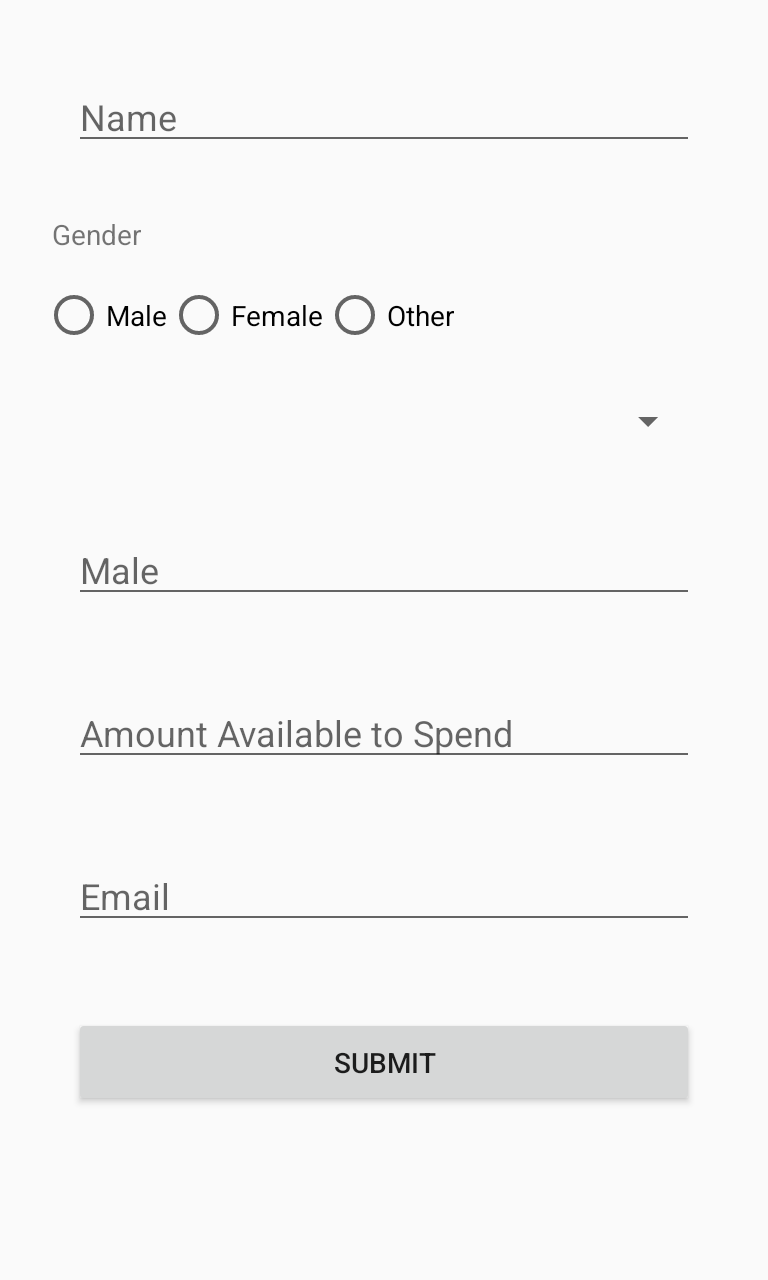
Repository: ThatCrazyIrishGuy/guiAndroidAssignment
Layout: ShoppingList/res/layout/activity_user_detail_form.xml
These files come from the project's save history. The layout is drawn as it stood at one moment and after the next save; the edit follows.
It is drawn on a 768 x 1280 px phone screen (xhdpi) without system bars, with theme AppTheme; the app's code is not run.

Above is the layout before, as saved 2014-11-08 19:16:46.

### ShoppingList/res/layout/activity_user_detail_form.xml
<RelativeLayout xmlns:android="http://schemas.android.com/apk/res/android"
    xmlns:tools="http://schemas.android.com/tools"
    android:layout_width="match_parent"
    android:layout_height="match_parent"
    android:paddingBottom="@dimen/activity_vertical_margin"
    android:paddingLeft="@dimen/activity_horizontal_margin"
    android:paddingRight="@dimen/activity_horizontal_margin"
    android:paddingTop="@dimen/activity_vertical_margin"
    tools:context="ie.dit.britton.darren.shoppinglist.UserDetailForm" >

    <EditText
        android:id="@+id/name"
        android:hint="@string/name"
        android:layout_width="fill_parent"
        android:layout_height="wrap_content"
 		android:layout_margin="20dp"
     />

     <TextView
        android:id="@+id/genderLabel"
        android:layout_below="@+id/name"
        android:layout_width="wrap_content"
        android:layout_height="wrap_content"
        android:text="@string/gender"
 		android:layout_margin="10dp"
     />

   	<RadioGroup
   	    android:id="@+id/gender"
  	    android:layout_below="@+id/genderLabel"
		android:orientation="horizontal"
		android:layout_width="fill_parent"
		android:layout_height="wrap_content"
 		android:layout_margin="5dp" >
		<RadioButton
			android:id="@+id/male"
			android:text="@string/male"
		/>
		<RadioButton
			android:id="@+id/female"
			android:text="@string/female"
		/>
		<RadioButton
			android:id="@+id/other"
			android:text="@string/other"
		/>
	</RadioGroup>

	<Spinner
    	android:id="@+id/job"
    	android:layout_below="@+id/gender"
    	android:layout_width="fill_parent"
    	android:layout_height="wrap_content"
 		android:layout_margin="20dp"
    />

    <EditText
        android:id="@+id/age"
        android:hint="@string/age"
        android:layout_below="@+id/job"
        android:layout_width="fill_parent"
        android:layout_height="wrap_content"
        android:inputType="number"
 		android:layout_margin="20dp"
    />

   <EditText
        android:id="@+id/money"
        android:hint="@string/amountAvailableToSpend"
        android:layout_below="@+id/age"
        android:layout_width="fill_parent"
        android:layout_height="wrap_content"
        android:inputType="numberDecimal"
 		android:layout_margin="20dp"
    />

    <EditText
        android:id="@+id/email"
        android:hint="@string/email"
        android:layout_below="@+id/money"
        android:layout_width="fill_parent"
        android:layout_height="wrap_content"
        android:inputType="textEmailAddress"
 		android:layout_margin="20dp"
     />

     <Button
        android:layout_below="@+id/email"
        android:id="@+id/submit"
        android:layout_width="fill_parent"
        android:layout_height="wrap_content"
        android:text ="@string/submitButtonText"
 		android:layout_margin="20dp"
     />

</RelativeLayout>

### ShoppingList/res/values/strings.xml
<?xml version="1.0" encoding="utf-8"?>
<resources>

    <string name="app_name">ShoppingList</string>
    <string name="action_settings">Settings</string>
    <string name="name">Name</string>
    <string name="gender">Gender</string>
    <string name="male">Male</string>
    <string name="female">Female</string>
    <string name="other">Other</string>
    <string name="age">Male</string>
    <string name="amountAvailableToSpend">Amount Available to Spend</string>
    <string name="email">Email</string>
    <string name="submitButtonText">Submit</string>

    <string-array name="jobTitles">
    <item>Abattoir Worker</item>
    <item>Accountant</item>
    <item>Accountant - Chartered or Certified</item>
    <item>Accounts Staff</item>
    <item>Actor</item>
    <item>Actress</item>
    <item>Actuary</item>
    <item>Acupuncturist</item>
    <item>Administration Staff</item>
    <item>Advertising Staff</item>
    <item>Agricultural Contractor</item>
    <item>Agricultural Worker</item>
    <item>Air Force - Other Ranks</item>
    <item>Air Traffic Controller</item>
    <item>Aircraft Designer</item>
    <item>Airline Employee - Airport</item>
    <item>Ambulance Crew</item>
    <item>Ambulance Driver</item>
    <item>Amusement Arcade Worker</item>
    <item>Anaesthetist</item>
    <item>Animal Breeder</item>
    <item>Antique Dealer</item>
    <item>Arbitrator</item>
    <item>Archaeologist</item>
    <item>Architect</item>
    <item>Archivist</item>
    <item>Art Critic</item>
    <item>Art Dealer</item>
    <item>Artist</item>
    <item>Asphalter/Roadworker</item>
    <item>Assessor</item>
    <item>Astrologer</item>
    <item>Astronomer</item>
    <item>Au Pair</item>
    <item>Auctioneer</item>
    <item>Auditor</item>
    <item>Author</item>
    <item>Auto Electrician</item>
    <item>Bailiff</item>
    <item>Baker</item>
    <item>Bank Staff</item>
    <item>Bar Manager</item>
    <item>Bar Staff</item>
    <item>Barber</item>
    <item>Barrister</item>
    <item>Beautician</item>
    <item>Betting Shop Clerk</item>
    <item>Biochemist</item>
    <item>Biologist</item>
    <item>Blacksmith</item>
    <item>Blind Fitter</item>
    <item>Boat Builder</item>
    <item>Boiler Maker</item>
    <item>Book Seller</item>
    <item>Book-Keeper</item>
    <item>Botanist</item>
    <item>Brewery Worker</item>
    <item>Bricklayer</item>
    <item>Broadcaster</item>
    <item>Builder</item>
    <item>Builders Labourer</item>
    <item>Building Contractor</item>
    <item>Building Engineer</item>
    <item>Building Inspector</item>
    <item>Building Manager</item>
    <item>Building Surveyor</item>
    <item>Bus Company Employee</item>
    <item>Bus Conductor</item>
    <item>Bus Driver</item>
    <item>Business Analyst</item>
    <item>Business Consultant</item>
    <item>Butcher</item>
    <item>Butler</item>
    <item>Buyer</item>
    <item>Cabinet Maker</item>
    <item>Cameraman</item>
    <item>Car Builder</item>
    <item>Car Dealer</item>
    <item>Car Delivery Driver</item>
    <item>Car Park Attendant</item>
    <item>Car Salesman</item>
    <item>Car Valet</item>
    <item>Care Assistant</item>
    <item>Careers Advisor</item>
    <item>Caretaker</item>
    <item>Carpenter</item>
    <item>Carpet Fitter</item>
    <item>Cartographer</item>
    <item>Cashier</item>
    <item>Caterer</item>
    <item>Charity Worker</item>
    <item>Chartered Surveyor</item>
    <item>Chauffeur</item>
    <item>Chef</item>
    <item>Chemist</item>
    <item>Child Minder</item>
    <item>Childrens Entertainer</item>
    <item>Chimney Sweep</item>
    <item>Chiropodist</item>
    <item>Chiropractor</item>
    <item>Choreographer</item>
    <item>Cinema Assistant</item>
    <item>Civil Servant</item>
    <item>Claims/Loss Adjustor</item>
    <item>Classroom Aide</item>
    <item>Cleaner</item>
    <item>Clergyman</item>
    <item>Clerk</item>
    <item>Clock Maker</item>
    <item>Coach Builder</item>
    <item>Coach Driver</item>
    <item>Coal Merchant</item>
    <item>Coastguard</item>
    <item>Cobbler</item>
    <item>Commercial Artist</item>
    <item>Commercial Traveller</item>
    <item>Commissioned Officer</item>
    <item>Community Worker</item>
    <item>Company Secretary</item>
    <item>Complementary Therapist</item>
    <item>Composer</item>
    <item>Computer Analyst</item>
    <item>Computer Consultant</item>
    <item>Computer Programmer</item>
    <item>Computing</item>
    <item>Confectioner</item>
    <item>Conservationist</item>
    <item>Construction Worker</item>
    <item>Contractor</item>
    <item>Coppersmith</item>
    <item>Copywriter</item>
    <item>Coroner</item>
    <item>Council Worker</item>
    <item>Counsellor</item>
    <item>County Councillor</item>
    <item>Courier</item>
    <item>Court Officer</item>
    <item>Craftsman</item>
    <item>Crane Operator</item>
    <item>Credit Controller</item>
    <item>Croupier</item>
    <item>Curator</item>
    <item>Curtain Maker</item>
    <item>Customer Advisor</item>
    <item>Customs And Excise</item>
    <item>Dairy Worker</item>
    <item>Dance Teacher</item>
    <item>Dancer</item>
    <item>Dark Room Technician</item>
    <item>Debt Collector</item>
    <item>Decorator</item>
    <item>Delivery Courier</item>
    <item>Delivery Driver</item>
    <item>Demolition Worker</item>
    <item>Dental Assistant</item>
    <item>Dental Nurse</item>
    <item>Dental Surgeon</item>
    <item>Dental Technician</item>
    <item>Dentist</item>
    <item>Dermatologist</item>
    <item>Designer</item>
    <item>Diplomatic Staff - Foreign</item>
    <item>Diplomatic Staff - Republic Of Ireland</item>
    <item>Director - Performing Arts</item>
    <item>Director/Company Director</item>
    <item>Disc Jockey</item>
    <item>District Nurse</item>
    <item>Diver</item>
    <item>Dockyard Worker</item>
    <item>Doctor</item>
    <item>Dog Groomer</item>
    <item>Domestic Staff</item>
    <item>Door To Door Collector</item>
    <item>Doorman</item>
    <item>Double Glazing Fitter</item>
    <item>Double Glazing Salesman</item>
    <item>Draughtsman</item>
    <item>Dressmaker</item>
    <item>Driver</item>
    <item>Driving Examiner</item>
    <item>Driving Instructor</item>
    <item>Dry Cleaner</item>
    <item>Dustman</item>
    <item>Economist</item>
    <item>Editor</item>
    <item>Electrical Contractor</item>
    <item>Electrician</item>
    <item>Embalmer</item>
    <item>Embassy Staff</item>
    <item>Embassy Staff - Republic Of Ireland</item>
    <item>Energy Analyst</item>
    <item>Engineer</item>
    <item>Engineer (Motor)</item>
    <item>Engraver</item>
    <item>Entertainer</item>
    <item>Estate Agent</item>
    <item>Estimator</item>
    <item>Events Organiser</item>
    <item>Executive</item>
    <item>Exhibition Organiser</item>
    <item>Exotic Dancer</item>
    <item>Exporter</item>
    <item>Fabricator</item>
    <item>Factory Worker</item>
    <item>Fairground Worker</item>
    <item>Farmer</item>
    <item>Film Technician</item>
    <item>Financial Advisor</item>
    <item>Financial Analyst</item>
    <item>Fire Officer</item>
    <item>Fireman/Woman</item>
    <item>Firewood Merchant</item>
    <item>Fish Merchant</item>
    <item>Fisherman</item>
    <item>Fitness Instructor</item>
    <item>Fitter</item>
    <item>Fitter - Tyre/Exhaust</item>
    <item>Flight Deck Crew</item>
    <item>Floor Layer</item>
    <item>Florist</item>
    <item>Flower Arranger</item>
    <item>Flying Instructor</item>
    <item>Food Processor</item>
    <item>Foreman</item>
    <item>Forester</item>
    <item>Fork Lift Truck Driver</item>
    <item>Fruiterer</item>
    <item>Fuel Merchant</item>
    <item>Funeral Director</item>
    <item>Funeral Furnisher</item>
    <item>Furnace Man</item>
    <item>Furniture Dealer</item>
    <item>Furniture Remover</item>
    <item>Furniture Restorer</item>
    <item>Gamekeeper</item>
    <item>Gaming Club Manager</item>
    <item>Gaming Club Staff - Licensed Premises</item>
    <item>Gaming Club Staff - Unlicensed Premises</item>
    <item>Garage Manager</item>
    <item>Garda</item>
    <item>Gardener</item>
    <item>Gas Fitter</item>
    <item>Genealogist</item>
    <item>General Practitioner</item>
    <item>General Worker</item>
    <item>Geologist</item>
    <item>Geophysicist</item>
    <item>Glass Worker</item>
    <item>Glazier</item>
    <item>Goldsmith</item>
    <item>Graphic Designer</item>
    <item>Grave Digger</item>
    <item>Gravel Merchant</item>
    <item>Green Keeper</item>
    <item>Greengrocer</item>
    <item>Groundsman</item>
    <item>Guide</item>
    <item>Gynaecologist</item>
    <item>HGV Driver</item>
    <item>Hairdresser</item>
    <item>Hardware Dealer</item>
    <item>Haulage Contractor</item>
    <item>Hawker</item>
    <item>Health And Safety Consultant</item>
    <item>Health Planner</item>
    <item>Health Service Employee</item>
    <item>Hearing Therapist</item>
    <item>Heating/Ventilation Engineer</item>
    <item>Herbalist</item>
    <item>Hire Car Driver</item>
    <item>Historian</item>
    <item>Horse Dealer</item>
    <item>Horse Riding Instructor</item>
    <item>Horticulturalist</item>
    <item>Hospital Consultant</item>
    <item>Hospital Doctor</item>
    <item>Hospital Worker</item>
    <item>Hostess</item>
    <item>Hotel Worker</item>
    <item>Housing Assistant</item>
    <item>Housing Officer</item>
    <item>Hygienist</item>
    <item>Ice Cream Vendor</item>
    <item>Illustrator</item>
    <item>Immigration Officer</item>
    <item>Importer</item>
    <item>Industrial Chemist</item>
    <item>Industrial Designer</item>
    <item>Inland Revenue Officer</item>
    <item>Instrument Maker</item>
    <item>Insurance Assessor</item>
    <item>Insurance Inspector</item>
    <item>Insurance Staff</item>
    <item>Interior Decorator</item>
    <item>Interior Designer</item>
    <item>Interpreter</item>
    <item>Investigator</item>
    <item>Janitor</item>
    <item>Jeweller</item>
    <item>Jockey</item>
    <item>Joiner</item>
    <item>Journalist</item>
    <item>Judge</item>
    <item>Keep Fit Instructor</item>
    <item>Kitchen Worker</item>
    <item>Laboratory Operative</item>
    <item>Laboratory Technician</item>
    <item>Labourer</item>
    <item>Landlord</item>
    <item>Landscape Gardener</item>
    <item>Laundry Staff</item>
    <item>Lavatory Attendant</item>
    <item>Lawyer</item>
    <item>Leather Worker</item>
    <item>Lecturer</item>
    <item>Legal Assistant</item>
    <item>Legal Executive</item>
    <item>Legal Secretary</item>
    <item>Leisure Centre Attendant</item>
    <item>Librarian</item>
    <item>Lifeguard</item>
    <item>Lift Attendant</item>
    <item>Line Worker</item>
    <item>Linguist</item>
    <item>Literary Agent</item>
    <item>Local Government Officer</item>
    <item>Locksmith</item>
    <item>Lorry Driver</item>
    <item>Loss Adjustor</item>
    <item>Loss Assessor</item>
    <item>Machine Technician</item>
    <item>Machinist</item>
    <item>Maintenance Staff</item>
    <item>Make Up Artist</item>
    <item>Manager</item>
    <item>Manicurist</item>
    <item>Marine Pilot</item>
    <item>Market Gardener</item>
    <item>Market Researcher</item>
    <item>Market Trader</item>
    <item>Marketing Executive</item>
    <item>Masseuse</item>
    <item>Mathematician</item>
    <item>Mechanic</item>
    <item>Medical Advisor</item>
    <item>Medical Practitioner</item>
    <item>Medical Secretary</item>
    <item>Merchant</item>
    <item>Metal Dealer</item>
    <item>Metal Worker</item>
    <item>Meteorologist</item>
    <item>Meter Reader</item>
    <item>Microbiologist</item>
    <item>Midwife</item>
    <item>Milkman</item>
    <item>Mill Worker</item>
    <item>Miner</item>
    <item>Mineralologist</item>
    <item>Minister Of Religion</item>
    <item>Mobile Caterer</item>
    <item>Mobile Disc Jockey</item>
    <item>Model</item>
    <item>Mortgage Broker</item>
    <item>Mortician</item>
    <item>Motor Mechanic</item>
    <item>Motor Racing Organiser</item>
    <item>Motor Trader</item>
    <item>Music Teacher</item>
    <item>Musician</item>
    <item>Nanny</item>
    <item>Navigator</item>
    <item>Negotiator</item>
    <item>Neurologist</item>
    <item>Newsagent</item>
    <item>Night Watchman</item>
    <item>Nun</item>
    <item>Nurse</item>
    <item>Nursery Worker</item>
    <item>Nutritionist</item>
    <item>Occupational Therapist</item>
    <item>Oculist</item>
    <item>Oil Rig Crew</item>
    <item>Optical Assistant</item>
    <item>Optician</item>
    <item>Organist</item>
    <item>Osteopath</item>
    <item>Painter And Decorator</item>
    <item>Panel Beater</item>
    <item>Paramedic</item>
    <item>Park Attendant</item>
    <item>Park Keeper</item>
    <item>Party Planner</item>
    <item>Pathologist</item>
    <item>Pawnbroker</item>
    <item>Personal Assistant</item>
    <item>Personnel Officer</item>
    <item>Pest Controller</item>
    <item>Petrol Station Attendant</item>
    <item>Pharmaceutical Assistant</item>
    <item>Pharmacist</item>
    <item>Photo Engraver</item>
    <item>Photographer - Location</item>
    <item>Photographer - Studio</item>
    <item>Physicist</item>
    <item>Physiologist</item>
    <item>Physiotherapist</item>
    <item>Picker</item>
    <item>Picture Framer</item>
    <item>Pilot</item>
    <item>Pipe Fitter</item>
    <item>Pipe Layer</item>
    <item>Planning Officer</item>
    <item>Plant Driver</item>
    <item>Plant Operator</item>
    <item>Plasterer</item>
    <item>Plumber</item>
    <item>Polisher</item>
    <item>Pool Attendant</item>
    <item>Porter</item>
    <item>Postman/Woman</item>
    <item>Priest</item>
    <item>Printer</item>
    <item>Prison Officer</item>
    <item>Probation Officer</item>
    <item>Producer</item>
    <item>Professor</item>
    <item>Projectionist</item>
    <item>Proof Reader</item>
    <item>Property Buyer</item>
    <item>Property Dealer</item>
    <item>Property Developer</item>
    <item>Property Valuer</item>
    <item>Psychiatrist</item>
    <item>Psychologist</item>
    <item>Psychotherapist</item>
    <item>Public Relations Officer</item>
    <item>Publican</item>
    <item>Publisher</item>
    <item>Purchasing Assistant</item>
    <item>Quality Controller</item>
    <item>Quality Inspector</item>
    <item>Quantity Surveyor</item>
    <item>Quarry Worker</item>
    <item>Rabbi</item>
    <item>Radio Presenter</item>
    <item>Radio Producer</item>
    <item>Radiographer</item>
    <item>Radiologist</item>
    <item>Railway Staff</item>
    <item>Receptionist</item>
    <item>Rector</item>
    <item>Reflexologist</item>
    <item>Refuse Collector</item>
    <item>Registrar</item>
    <item>Reporter</item>
    <item>Researcher</item>
    <item>Restaurateur</item>
    <item>Restorer</item>
    <item>Revenue Officer</item>
    <item>Road Sweeper</item>
    <item>Road Worker</item>
    <item>Roofer</item>
    <item>Safety Officer</item>
    <item>Sales Representative</item>
    <item>Sales Support</item>
    <item>Salesman</item>
    <item>Sand Blaster</item>
    <item>Scaffolder</item>
    <item>School Crossing Warden</item>
    <item>Scientist</item>
    <item>Scrap Dealer</item>
    <item>Screen Writer</item>
    <item>Script Writer</item>
    <item>Sculptor</item>
    <item>Seaman</item>
    <item>Secretary And PA</item>
    <item>Security Guard</item>
    <item>Servant</item>
    <item>Sheet Metal Worker</item>
    <item>Sheriff</item>
    <item>Ship Builder</item>
    <item>Shoe Repairer</item>
    <item>Shooting Instructor</item>
    <item>Shop Assistant</item>
    <item>Shop Fitter</item>
    <item>Shop Keeper</item>
    <item>Social Worker</item>
    <item>Soldier</item>
    <item>Solicitor</item>
    <item>Song Writer</item>
    <item>Speech Therapist</item>
    <item>Sports Centre Attendant</item>
    <item>Sports Coach</item>
    <item>Sportsman</item>
    <item>Stable Hand</item>
    <item>Statistician</item>
    <item>Steel Worker</item>
    <item>Steeplejack</item>
    <item>Stenographer</item>
    <item>Stock Controller</item>
    <item>Stockbroker</item>
    <item>Stockman</item>
    <item>Stonemason</item>
    <item>Storeman/Woman</item>
    <item>Street Entertainer</item>
    <item>Street Trader</item>
    <item>Student Teacher</item>
    <item>Supervisor</item>
    <item>Surgeon</item>
    <item>Surveyor</item>
    <item>Surveyor - Chartered</item>
    <item>Systems Analyst</item>
    <item>Tailor</item>
    <item>Tax Consultant</item>
    <item>Tax Inspector</item>
    <item>Taxi Driver</item>
    <item>Taxidermist</item>
    <item>Teacher</item>
    <item>Teachers Assistant</item>
    <item>Telephonist</item>
    <item>Telesales Person</item>
    <item>Television Presenter</item>
    <item>Textile Worker</item>
    <item>Thatcher</item>
    <item>Theatrical Agent</item>
    <item>Therapist</item>
    <item>Ticket Inspector</item>
    <item>Tiler</item>
    <item>Tobacconist</item>
    <item>Tool Maker</item>
    <item>Town Planner</item>
    <item>Toy Maker</item>
    <item>Tractor Driver</item>
    <item>Trade Union Official</item>
    <item>Traffic Warden</item>
    <item>Train Driver</item>
    <item>Trainer</item>
    <item>Trainer - Animal</item>
    <item>Training Officer</item>
    <item>Translator</item>
    <item>Transport Controller</item>
    <item>Transport Officer</item>
    <item>Travel Agent</item>
    <item>Travel Consultant</item>
    <item>Travel Courier</item>
    <item>Treasurer</item>
    <item>Tree Surgeon</item>
    <item>Trinity House Pilot</item>
    <item>Turf Accountant</item>
    <item>Tutor</item>
    <item>Typist</item>
    <item>Undertaker</item>
    <item>Underwriter</item>
    <item>Upholsterer</item>
    <item>Usher</item>
    <item>Valuer</item>
    <item>Vehicle Assessor</item>
    <item>Vehicle Body Worker</item>
    <item>Veterinary Surgeon</item>
    <item>Vicar</item>
    <item>Voluntary Worker</item>
    <item>Waiter</item>
    <item>Warehouseman/Woman</item>
    <item>Waste Dealer</item>
    <item>Watchmaker</item>
    <item>Welder</item>
    <item>Welfare Officer</item>
    <item>Welfare Rights Officer</item>
    <item>Wheel Clamper</item>
    <item>Window Cleaner</item>
    <item>Window Dresser</item>
    <item>Windscreen Fitter</item>
    <item>Wine Merchant</item>
    <item>Wood Worker</item>
    <item>Writer</item>
    <item>Youth Hostel Warden</item>
    <item>Youth Worker</item>
    <item>Zoo Keeper</item>
    <item>Zoologist</item>
</string-array>

</resources>

Loaded but not shown: ShoppingList/res/values/styles.xml (common file); ShoppingList/res/values-v11/styles.xml (common file); ShoppingList/res/values-v14/styles.xml (common file); ShoppingList/res/values/dimens.xml (common file); ShoppingList/res/values-w820dp/dimens.xml (common file)

After the next save:
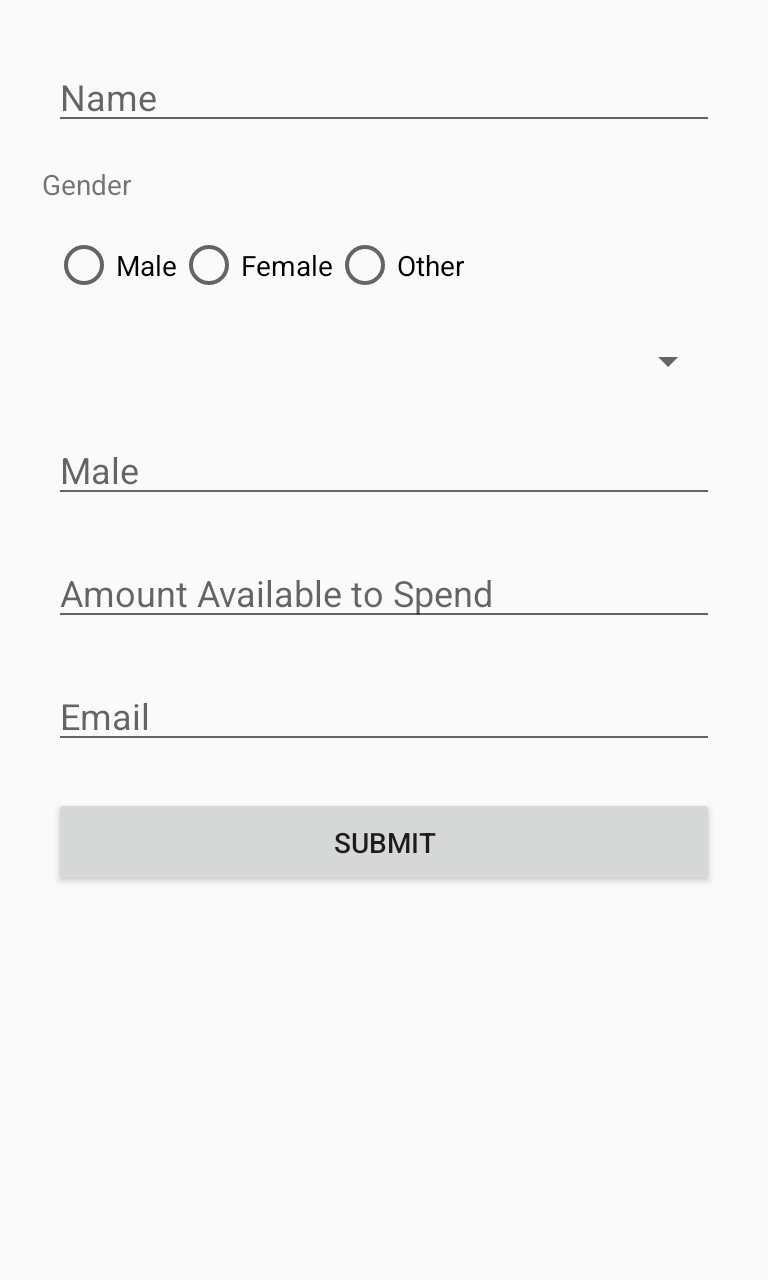
Saved 39 s later.
--- a/ShoppingList/res/layout/activity_user_detail_form.xml
+++ b/ShoppingList/res/layout/activity_user_detail_form.xml
@@ -13,7 +13,7 @@
         android:hint="@string/name"
         android:layout_width="fill_parent"
         android:layout_height="wrap_content"
- 		android:layout_margin="20dp"
+ 		android:layout_margin="10dp"
      />
 
      <TextView
@@ -22,7 +22,7 @@
         android:layout_width="wrap_content"
         android:layout_height="wrap_content"
         android:text="@string/gender"
- 		android:layout_margin="10dp"
+ 		android:layout_margin="5dp"
      />
 
    	<RadioGroup
@@ -31,7 +31,7 @@
 		android:orientation="horizontal"
 		android:layout_width="fill_parent"
 		android:layout_height="wrap_content"
- 		android:layout_margin="5dp" >
+ 		android:layout_margin="10dp" >
 		<RadioButton
 			android:id="@+id/male"
 			android:text="@string/male"
@@ -51,7 +51,7 @@
     	android:layout_below="@+id/gender"
     	android:layout_width="fill_parent"
     	android:layout_height="wrap_content"
- 		android:layout_margin="20dp"
+ 		android:layout_margin="10dp"
     />
 
     <EditText
@@ -61,7 +61,7 @@
         android:layout_width="fill_parent"
         android:layout_height="wrap_content"
         android:inputType="number"
- 		android:layout_margin="20dp"
+ 		android:layout_margin="10dp"
     />
 
    <EditText
@@ -71,7 +71,7 @@
         android:layout_width="fill_parent"
         android:layout_height="wrap_content"
         android:inputType="numberDecimal"
- 		android:layout_margin="20dp"
+ 		android:layout_margin="10dp"
     />
 
     <EditText
@@ -81,7 +81,7 @@
         android:layout_width="fill_parent"
         android:layout_height="wrap_content"
         android:inputType="textEmailAddress"
- 		android:layout_margin="20dp"
+ 		android:layout_margin="10dp"
      />
 
      <Button
@@ -90,7 +90,7 @@
         android:layout_width="fill_parent"
         android:layout_height="wrap_content"
         android:text ="@string/submitButtonText"
- 		android:layout_margin="20dp"
+ 		android:layout_margin="10dp"
      />
 
 </RelativeLayout>
